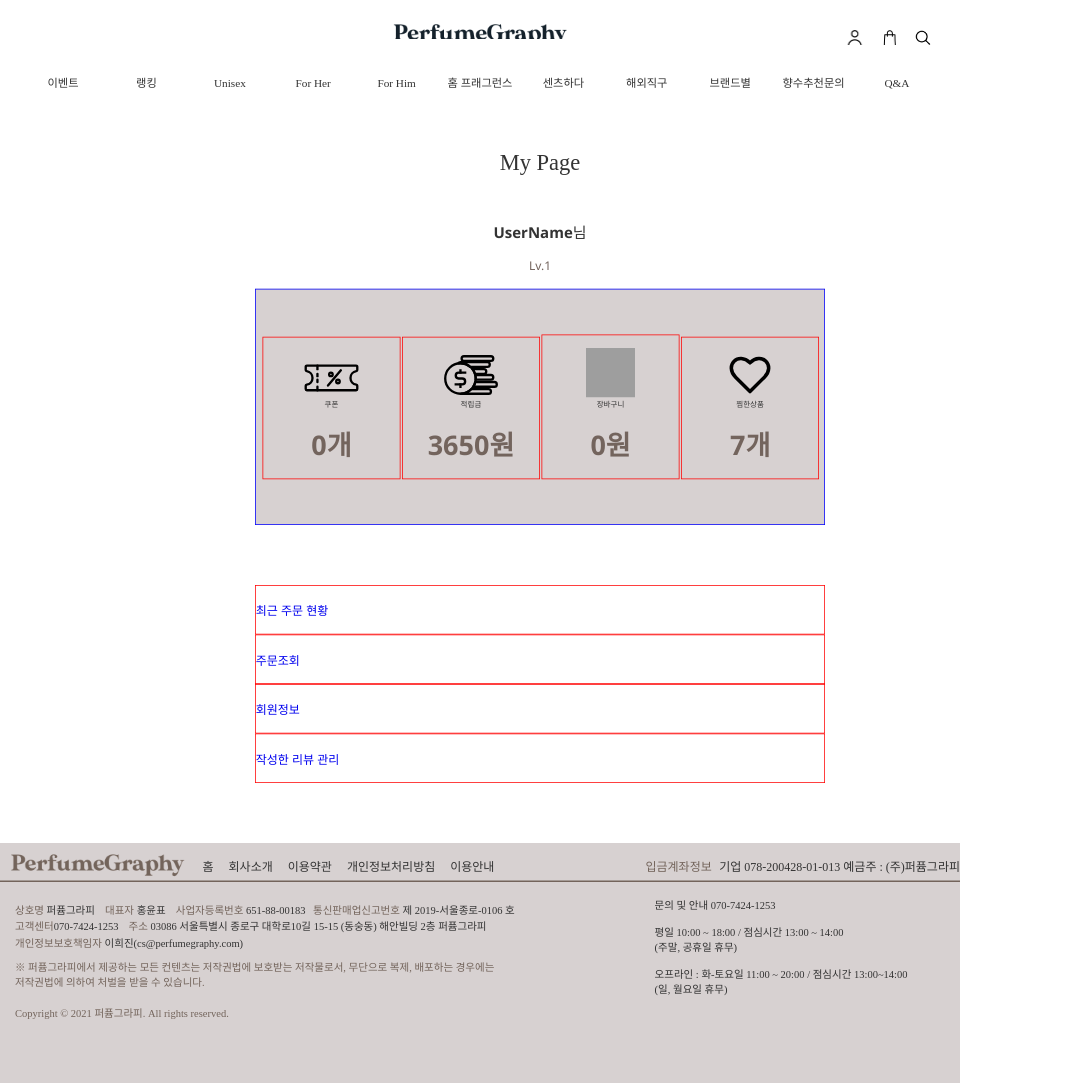
Repository: mingdue03/perfumegraphy
Page: myPage.html
The author's editor kept a copy of each file at every save. The page is drawn from the files as they stood at one save, then again after a run of saves.
The browser window is 1280 px wide. The page is 1440 px wide, so the pictures cover 1440 px, including what lies to the right of the window. The pictures show the whole page, at 75% of full size.
Pictures or frames that could not be fetched are drawn as grey boxes.

Above is the page before, as saved 2021-08-27 15:02:50.

### myPage.html
<!DOCTYPE html>
<html lang="ko">
<head>
    <meta charset="UTF-8">
    <meta http-equiv="X-UA-Compatible" content="IE=edge">
    <meta name="viewport" content="width=device-width, initial-scale=1.0">
    <title>PerfumeGraphy</title>
    <link rel="stylesheet" href="css/basic.css">
    <link rel="stylesheet" href="css/mypage.css">
    <link href="https://fonts.googleapis.com/css2?family=Noto+Serif+KR&display=swap" rel="stylesheet">
    <script src="js/jquery-1.12.4.min.js"></script>
    <script src="js/jquery.slides.min.js"></script>
    <script src="js/jquery.stellar.js"></script>
    <script src="js/main_1.js"></script>
</head>
<body>
<div id="body_wrap">
    <header>
    <div id="header_wrap">
        <div class="header_top">
            <div class="logo">
                <h1><a href="index.html">PerfumeGraphy</a></h1>
            </div>
            <ul class="top_menu">
                <li class="user"><a href="login.html">마이페이지</a></li>
                <li class="cart"><a href="mypage.html">장바구니</a></li>
                <li class="search"><a href="#">검색</a></li>
                <li class="ham_btn"><a href="#">button</a></li>
            </ul>
        </div>
        <div class="search_pop">
            <div class="search_bg">
                <span></span>
                <ul>
                    <li><a href="#">#금주의 향수</a></li>
                    <li><a href="#">#럭셔리집들이선물</a></li>
                    <li><a href="#">#비누향수</a></li>
                </ul>
            </div>
        </div>
        <div class="header_b" >
            <ul class="gnb">
                <li>
                    <a href="#">이벤트</a>
                </li>
                <li class="hasSub">
                    <a href="lank.html">랭킹</a>
                    <ul class="sub_menu">
                        <li><a href="lank.html">전체 랭킹 </a></li>
                        <li><a href="lank.html">Unisex 랭킹</a></li>
                        <li><a href="lank.html">For her 랭킹</a></li>
                        <li><a href="lank.html">For him 랭킹</a></li>
                    </ul>
                </li>
                <li class="hasSub">
                    <a href="#">Unisex</a>
                    <ul class="sub_menu">
                        <li><a href="#">ALL</a></li>
                        <li><a href="#"> 시트러스 | 그린</a></li>
                        <li><a href="#">우디 | 베티버</a></li>
                        <li><a href="#">샌달우드 | 머스크</a></li>
                        <li><a href="#">스파이시 | 통카빈</a></li>
                    </ul>
                </li>
                <li class="hasSub">
                    <a href="#">For Her</a>
                    <ul class="sub_menu">
                        <li><a href="#">ALL</a></li>
                        <li><a href="#">시트러스 | 그린</a></li>
                        <li><a href="#">플로럴 | 화이트플로럴</a></li>
                        <li><a href="#">머스크 | 앰버</a></li>
                        <li><a href="#">스위트 | 바닐라</a></li>
                    </ul>
                </li>
                <li class="hasSub">
                    <a href="#">For Him</a>
                    <ul class="sub_menu">
                        <li><a href="#">ALL</a></li>
                        <li><a href="#">시트러스 | 그린</a></li>
                        <li><a href="#">우디 | 베티버</a></li>
                        <li><a href="#">웜스파이시 | 통카빈</a></li>
                        <li><a href="#">머스크 | 앰버</a></li>
                        <li><a href="#">라벤더 | 워터리</a></li>
                    </ul>
                </li>
                <li class="hasSub">
                    <a href="#">홈 프래그런스</a>
                    <ul class="sub_menu">
                        <li><a href="#">디퓨저 & 캔들</a></li>
                        <li><a href="#">바디 & 솝</a></li>
                    </ul>
                </li>
                <li><a href="#">센츠하다</a></li>
                <li>
                    <a href="#">해외직구</a>
                </li>
                <li><a href="#">브랜드별</a></li>
                <li><a href="#">향수추천문의</a></li>
                <li><a href="#">Q&A</a></li>
            </ul>
        </div>
        <div class="gnb_dim"></div>
    </div>
    </header>
    <!------------------------login-------------------------------->
    <main id="mypage">
        <div class="mypage_wrap">
            <h2>My Page</h2>
            <section class="name">
                <div>
                    <p><span>UserName</span>님</p>
                    <p class="level">Lv.1</p>
                </div>
            </section>
            <section class="coupon">
                <div class="coupon_wrap">
                    <ul>
                        <li><a href="#" class="coupon">쿠폰 <span>0개</span></a></li>
                        <li><a href="#" class="coin">적립금 <span>3650원</span></a></li>
                        <li><a href="#" class="cart">장바구니<span>0원</span></a></li>
                        <li><a href="#" class="heart">찜한상품<span>7개</span></a></li>
                    </ul>
                </div>
            </section>
            <section class="order">
                <div class="oder_wrap">
                    <ul>
                        <li class="recent"><a href="#">최근 주문 현황</a></li>
                        <li><a href="#">주문조회</a></li>
                        <li><a href="#">회원정보</a></li>
                        <li><a href="#">작성한 리뷰 관리</a></li>
                    </ul>

                </div>
            </section>

        </div>
    </main>
    <footer>
        <div id="footer_in">
            <div class="footer_top">
                <h2>PerfumeGraphy</h2>
                <ul class="m_hidden">
                    <li><a href="javasctipt:;">홈</a></li>
                    <li><a href="javasctipt">회사소개</a></li>
                    <li><a href="javasctipt">이용약관</a></li>
                    <li><a href="javasctipt">개인정보처리방침</a></li>
                    <li><a href="javasctipt">이용안내</a></li>
                </ul>
                <p><span>입금계좌정보</span> 기업 078-200428-01-013 예금주 : (주)퍼퓸그라피</p>
            </div>
        </div>
        <div class="footer_bottom">
            <section class="left">
                <ul class="pc_hidden">
                    <li><a href="javasctipt:;">홈</a></li>
                    <li><a href="javasctipt">회사소개</a></li>
                    <li><a href="javasctipt">이용약관</a></li>
                    <li><a href="javasctipt">개인정보처리방침</a></li>
                    <li><a href="javasctipt">이용안내</a></li>
                </ul>
                <p class="margin">
                    <p><span>상호명</span>  퍼퓸그라피</p> <p><span>대표자</span> 홍윤표</p>	 <p><span>사업자등록번호</span> 651-88-00183</p><p> <span >통신판매업신고번호</span>  제 2019-서울종로-0106 호<br></p>
                </p>
                <p class="pc_hidden">
                    <span>고객센터</span>070-7424-1253
                </p>
                <p>
                    <span> 주소</span> 03086 서울특별시 종로구 대학로10길 15-15 (동숭동) 해안빌딩 2층 퍼퓸그라피
                </p>
                <p ><span>개인정보보호책임자</span> 	 이희진(cs@perfumegraphy.com) </p>
                <p class="margin"><span class="m_hidden"> ※ 퍼퓸그라피에서 제공하는 모든 컨텐츠는 저작권법에 보호받는 저작물로서, 무단으로 복제, 배포하는 경우에는<br><span></span> 저작권법에 의하여
                처벌을 받을 수 있습니다.</span></p>
                <p class="margin"><span class="m_hidden"> Copyright © 2021 퍼퓸그라피. All rights reserved.</span></p>
            </section>
            <section class="right m_hidden">
                <p>문의 및 안내   070-7424-1253<br>
                    <br>
                    평일 10:00 ~ 18:00 / 점심시간 13:00 ~ 14:00<br>
                    (주말, 공휴일 휴무)<br>
                    <br>
                    오프라인 : 화-토요일 11:00 ~ 20:00 / 점심시간 13:00~14:00<br>
                     (일, 월요일 휴무)</p>
            </section>
        </div>
    </footer>
</div>
</body>
</html>

### css/mypage.css
@charset "UTF-8";

main#mypage{font-family:'NanumGothic','Segoe UI', Roboto, Oxygen, sans-serif ;background: #fff; color:#333; font-size:16px; }

#mypage{}
.mypage_wrap{
  width:1440px;
  margin:60px auto;
  text-align:center;
}
.mypage_wrap h2{
  font-size:30px;
  margin:60px 0;
  font-weight: normal;
  font-family: 'Noto Serif KR', serif;
}
.name {
  margin:20px 0;
}
.name p{
  font-size: 20px;
  margin:20px 0;
}
.name p span{
  font-weight: bold;
}
.name p.level{
  font-size:16px;
  color:#73645D;
}

.coupon{
  width:760px;
  margin:auto;
}
.coupon_wrap{
  width:100%;
  height:auto;
  background:#D7D1D1;
}
.coupon_wrap ul{
  border:1px solid blue;
  padding:60px 0;
}
.coupon_wrap li{
  display: inline-block;
  width:24%;
}
.coupon_wrap a{
  display: block;
  width:100%;
  height:auto;
  border:1px solid red;
  font-size:10px;
  color:#333;
}
.coupon_wrap a.coupon:before{
  display:block;
  content:'';
  margin:0 auto -20px;
  width:100px; height:100px;
  background:url('../img/icon/coupon_icon.svg') no-repeat 100% 100%;
}
.coupon_wrap a.coin:before{
  display:block;
  content:'';
  margin:0 auto -20px;
  width:100px; height:100px;
  background:url('../img/icon/coins_icon.svg') no-repeat 100% 100%;}
.coupon_wrap a.cart:before{
  display:block;
  content:'';
  margin:17px auto 0;
  width:66px; height:66px;
  background:url('../img/icon/bag_icon.svg') no-repeat 100% 100%;
}
.coupon_wrap a.heart:before{
  display:block;
  content:'';
  margin:0 auto -20px;
  width:100px; height:100px;
  background:url('../img/icon/basic_heart_icon.svg') no-repeat 100% 100%;
}
.coupon_wrap a span{
  display: block;
  font-size:36px;
  font-weight:bold;
  margin: 20px auto;
  color:#73645D;
}


.order{}
.oder_wrap{
  width:760px;
  margin:80px auto;

}

.oder_wrap ul{}
.oder_wrap li{
  display:block;
  border-bottom:1px solid #999;
  text-align: left;
  border:1px solid red;
  padding: 20px 0;
}
.recent{

}
.oder_wrap a{}














@media (max-width:1440px){
  .login_wrap{
    width:100%;
  }
}

@media (max-width:450px){
  .login_wrap{
    max-width:450px;
  }
}

Loaded but not shown: js/jquery-1.12.4.min.js (library); js/jquery.slides.min.js (library); js/jquery.stellar.js (library); js/main_1.js (215 lines, source omitted); css/basic.css (877 lines, source omitted)

After the next 2 saves:
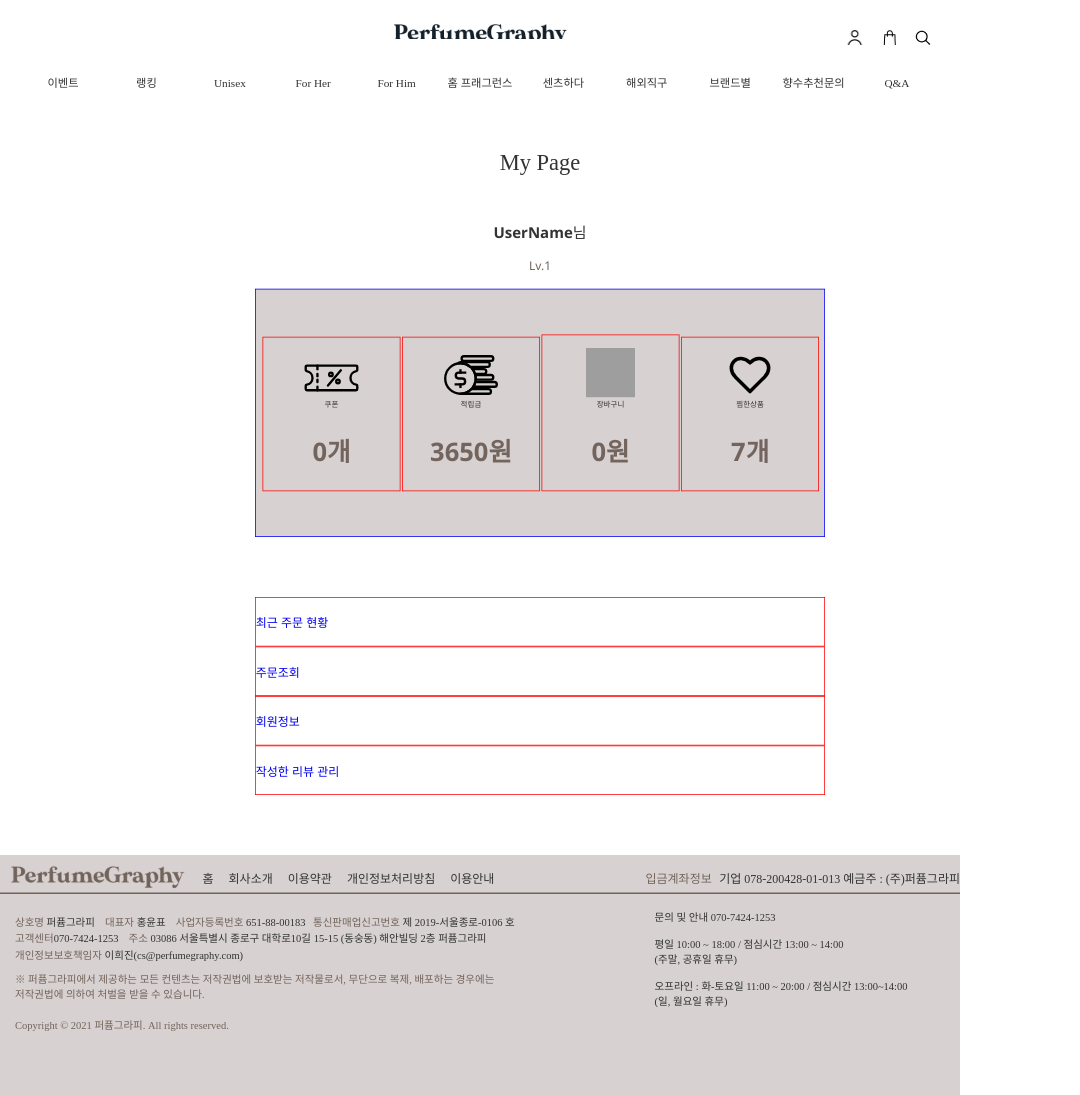
The 2 saves are shown as one change because they came seconds apart.
The last was saved 61 s later.
--- a/css/mypage.css
+++ b/css/mypage.css
@@ -83,9 +83,9 @@
 }
 .coupon_wrap a span{
   display: block;
-  font-size:36px;
+  font-size:34px;
   font-weight:bold;
-  margin: 20px auto;
+  margin: 30px auto;
   color:#73645D;
 }
 
